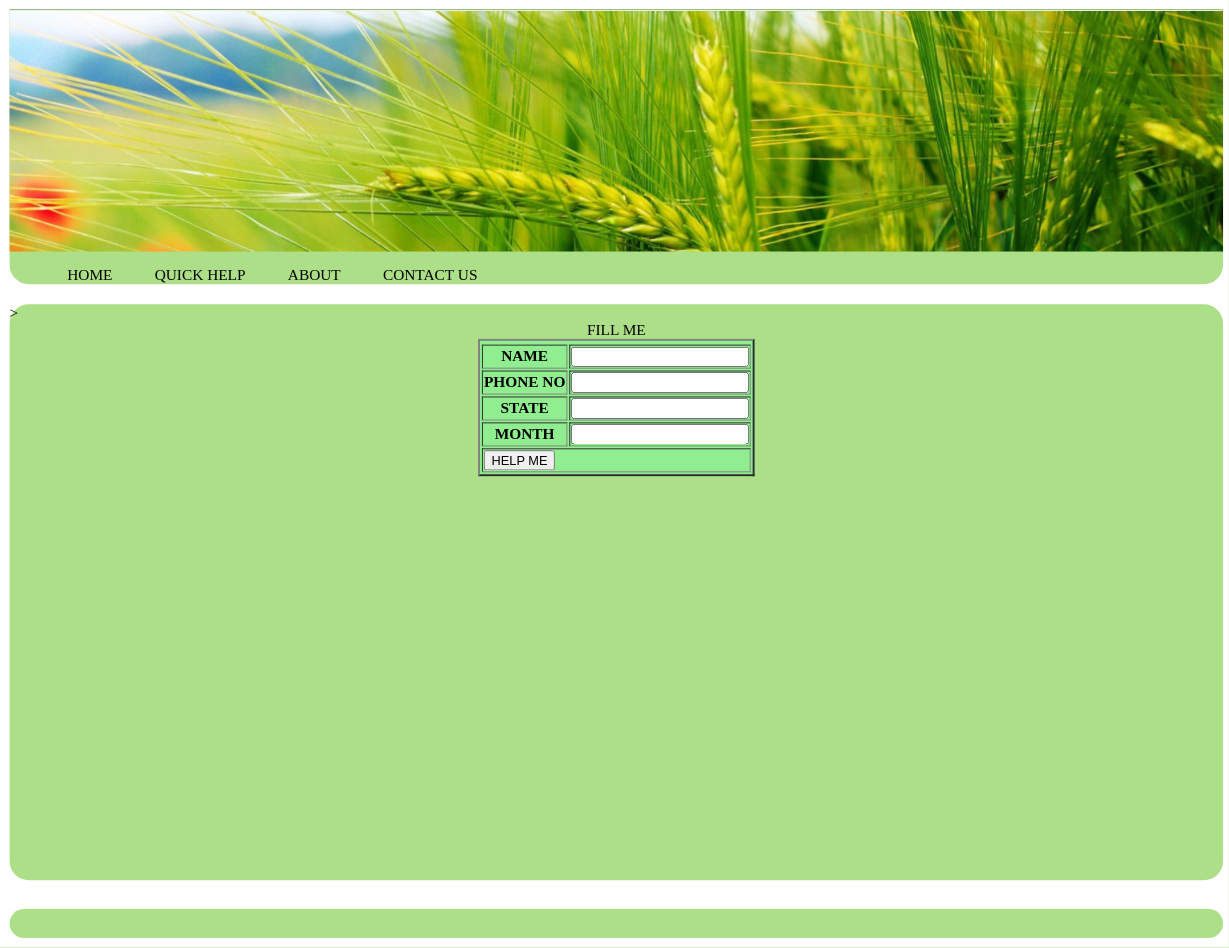
Repository: shivamtyagi1234/FarmoFriend
Page: http://localhost/FarmoFriend/QuickHelp.jsp
The author's editor kept a copy of each file at every save. The page is drawn from the files as they stood at one save, then again after the next save.
The browser window is 1280 px wide. The pictures show the whole page, at 96% of full size.
The page is served by Tomcat 9.

Above is the page before, as saved 2019-11-03 08:06:07.

After the next save:
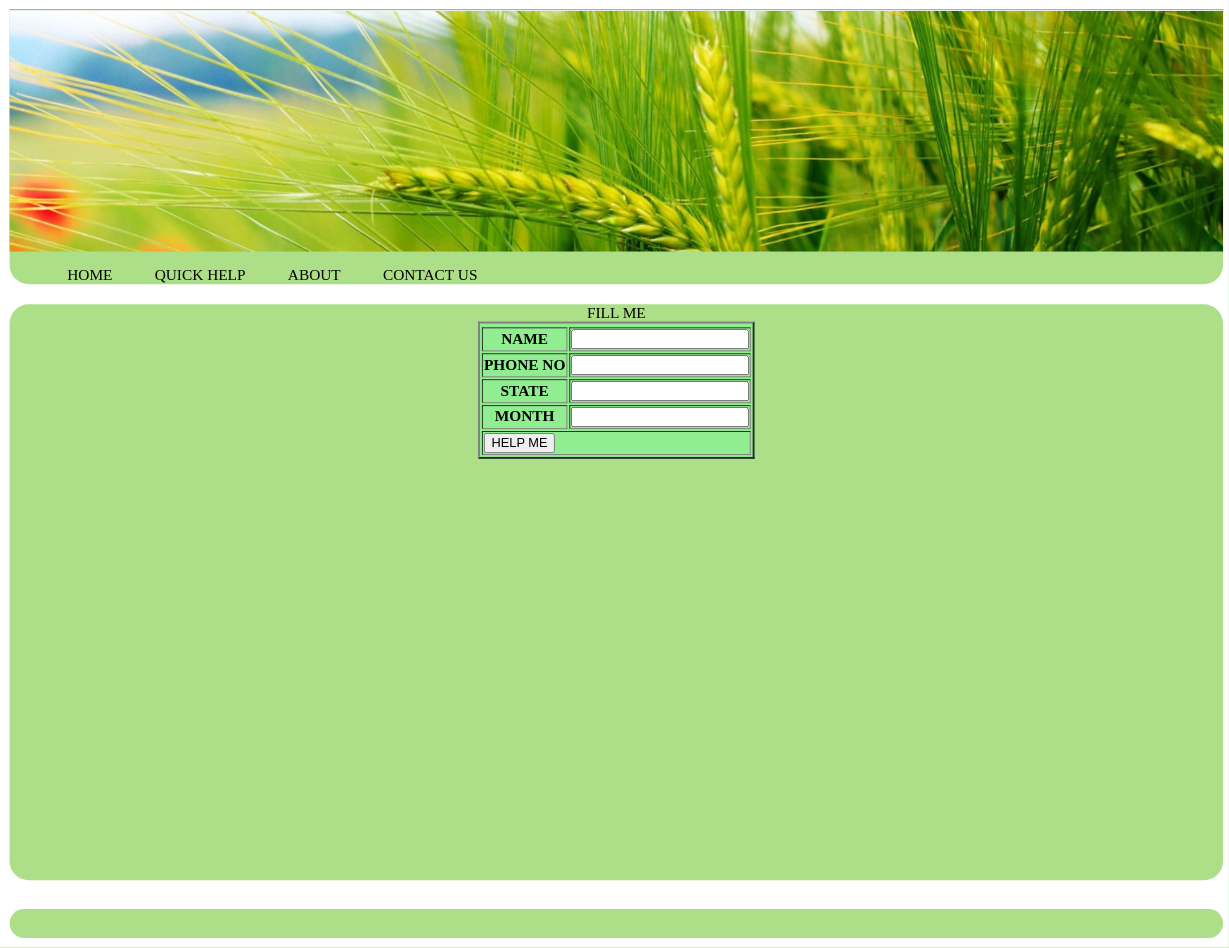
Saved 16 s later.
--- a/FarmoFriend/WebContent/QuickHelp.jsp
+++ b/FarmoFriend/WebContent/QuickHelp.jsp
@@ -80,7 +80,7 @@ height:30px;
 <form action="QuickHelpProcess.jsp">
 
 <table align="center" border="2" bgcolor="lightgreen">
-<tr><caption>FILL ME</caption></tr>>
+<tr><caption>FILL ME</caption></tr>
 <tr><th>NAME</th><td><input type="text" name="voterName" required></td></tr>
 <tr><th>PHONE NO</th><td><input type="phone" name="phone" maxlength="10" required></td></tr>
 <tr><th>STATE</th><td><input type="text" name="state" required></td></tr>
